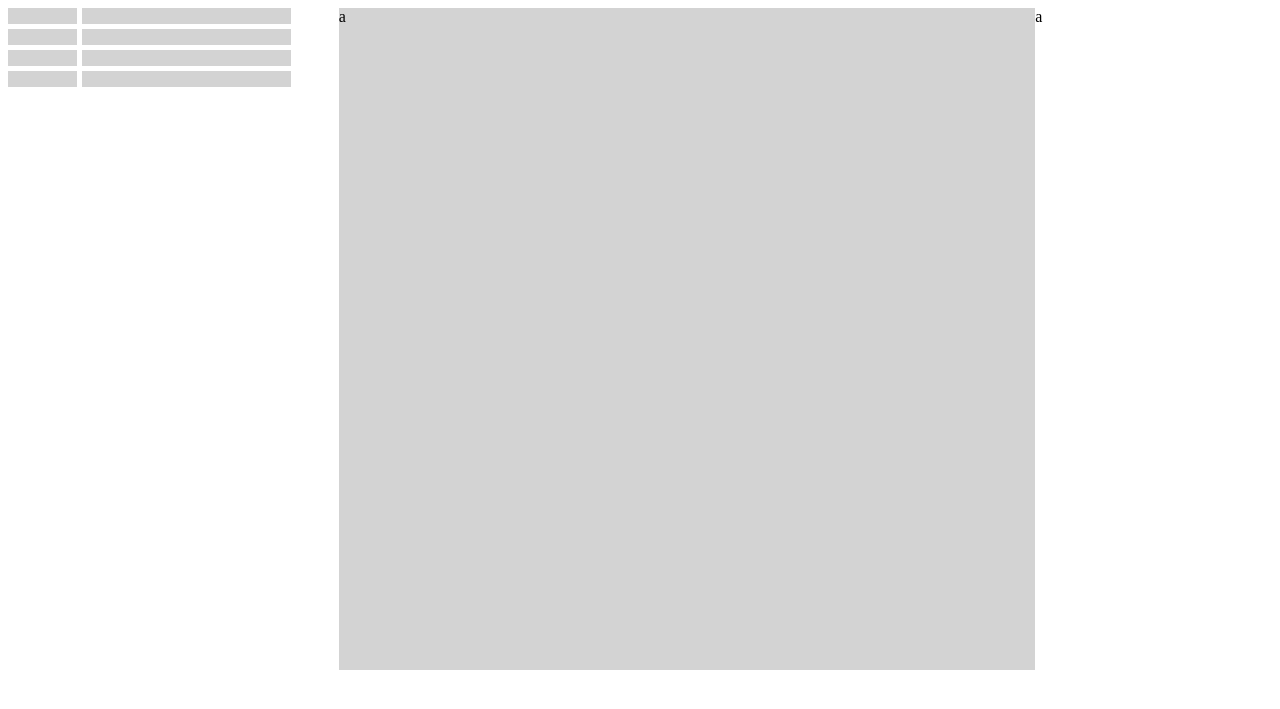
Repository: tr2cky/exercise2
Page: index.html
The author's editor kept a copy of each file at every save. The page is drawn from the files as they stood at one save, then again after the next save.
The browser window is 1280 px wide. The pictures show the whole page.

Above is the page before, as saved 2022-10-01 11:34:49.

After the next save:
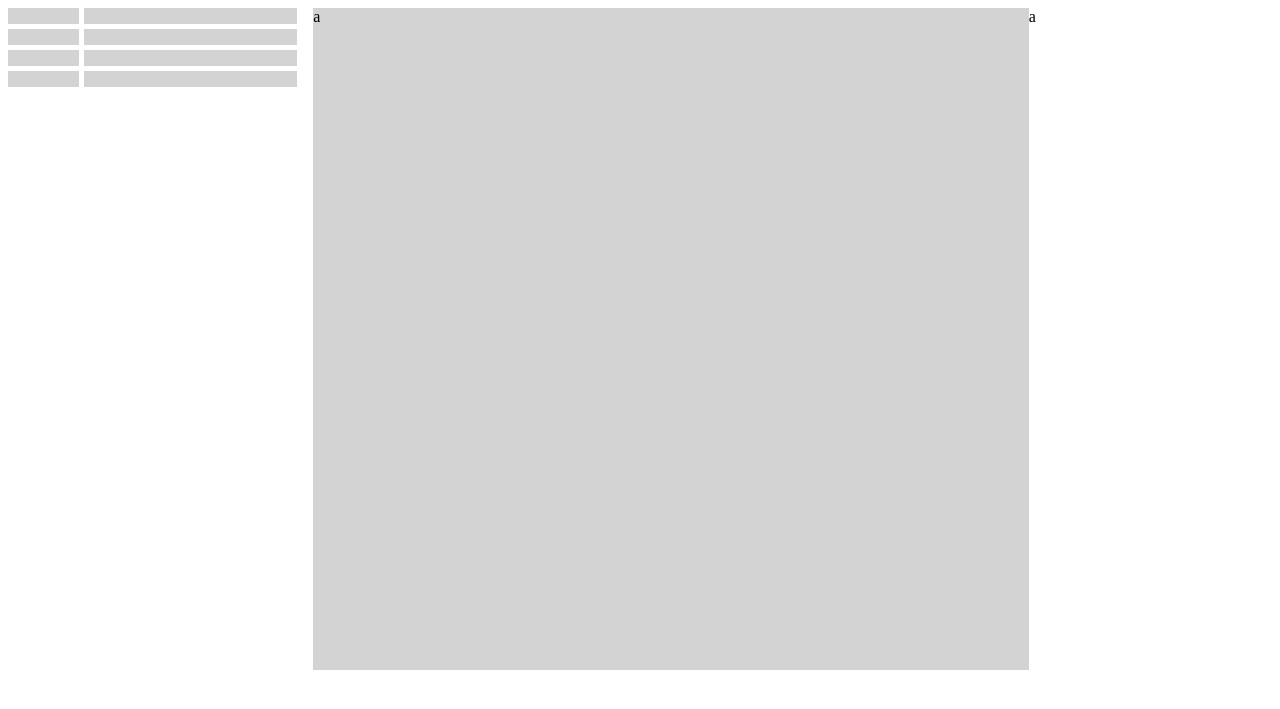
Saved 12 s later.
--- a/style.css
+++ b/style.css
@@ -13,7 +13,7 @@ main {
     grid-template-columns: 1fr 3fr;
     grid-auto-rows: 1em;
     gap: 5px;
-    margin-right: 3em;
+    margin-right: 1em;
 }
 .side2 {
     flex-grow: 1;
